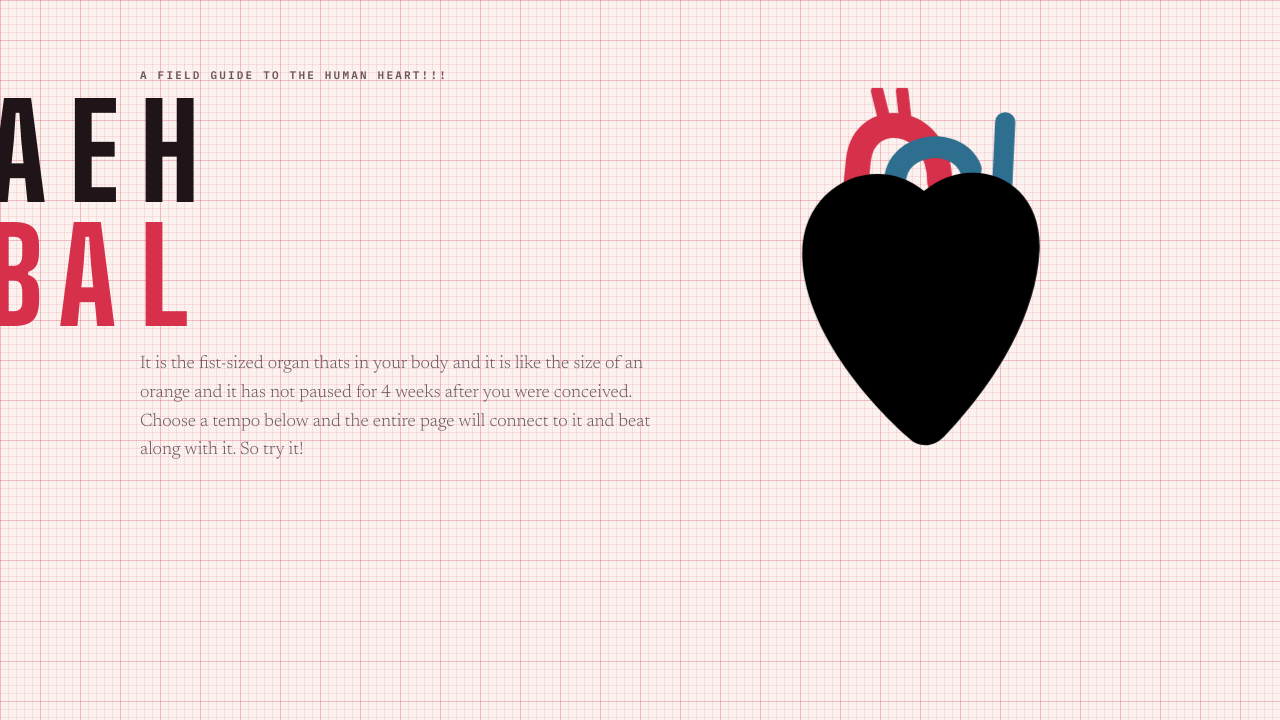
Repository: manayparikh1/PulseBeat
Page: index.html
An editor plug-in stored every save of this project. The page is shown before and after the next save, followed by the edit.
The browser window is 1280 px wide. The pictures show the whole page.

Above is the page before, as saved 2026-09-01 18:59:59.

### index.html
<!DOCTYPE html>
<html lang="en">

<head>
    <meta charset="utf-8">
    <meta name="viewport" content="width=device-width, initial-scale=1.0">
    <title>PulseBeat</title>
    <link rel="stylesheet"
        href="https://fonts.googleapis.com/css2?family=Big+Shoulders+Display:wght@700;800&family=IBM+Plex+Mono:wght@400;600&family=Newsreader:opsz,wght@6..72,300;6..72,400&display=swap">
    <style>
        /*=The heartbeat animation lab and no javascript is gonna be added because I am trash at that ===== */
        *,
        *::before,
        *::after {
            box-sizing: border-box;
        }

        body,
        h1,
        h2,
        h3,
        h4,
        p,
        figure {
            margin: 0
        }

        /* ---- light pallete this is the ecg animation paper---*/
        :root {
            --paper: #FBF1EE;
            --card: #FFFAF8;
            --ink: #1F1418;
            --dim: #6A555D;
            --line: #E3CDC7;
            --oxy: #D6304A;
            --deoxy: #2E6E8E;
            --good: #2F7A55;
            --grid: rgba(214, 48, 74, 0.1);
            --grid2: rgba(214, 48, 74, .2);
            --beat: .83s;
            --disp: "Big Shoulders Display", "Arial Narrow", sans-serif;
            --body: "Newsreader", Georgia, serif;
            --mono: "IBM Plex Mono", ui-monospace, Menlo, monospace;
        }

        /*--dark mode pallete*/
        @media (prefers-color-scheme:dark) {
            :root:not([data-theme="light"]) {
                --paper: #0C0A0E;
                --card: #171220;
                --ink: #F2E6E9;
                --dim: #AC9BA4;
                --line: #2D2431;
                --oxy: #FF5A6E;
                --deoxy: #62B6DC;
                --good: #5FCF9A;
                --grid: rgba(255, 90, 110, .06);
                --grid2: rgba(255, 90, 110, .13);
            }
        }

        :root[data-theme="dark"] {
            --paper: #0C0A0E;
            --card: #171220;
            --ink: #F2E6E9;
            --dim: #AC9BA4;
            --line: #2D2431;
            --oxy: #FF5A6E;
            --deoxy: #62B6DC;
            --good: #5FCF9A;
            --grid: rgba(255, 90, 110, .06);
            --grid2: rgba(255, 90, 110, .13);
        }

        body {
            background-color: var(--paper);
            background-image:
                repeating-linear-gradient(to right, var(--grid2) 0 1px, transparent 1px 40px),
                repeating-linear-gradient(to bottom, var(--grid2) 0 1px, transparent 1px 40px),
                repeating-linear-gradient(to right, var(--grid) 0 1px, transparent 1px 8px),
                repeating-linear-gradient(to bottom, var(--grid) 0 1px, transparent 1px 8px);
            color: var(--ink);
            font: 17px/1.6 var(--body);
            padding: 0 20px 60px;
        }

        h1,
        h2,
        h3 {
            font-family: var(--disp);
            font-weight: 800;
            line-height: .95;
            text-transform: uppercase;
            text-wrap: balance
        }

        .wrap {
            max-width: 1000px;
            margin: 0 auto
        }

        section {
            padding: 56px 0;
            border-top: 1px solid var(--line)
        }

        h2 {
            font-size: clamp(30px, 5vw, 50px)
        }

        .eyebrow {
            font: 600 11px/1 var(--mono);
            letter-spacing: .2em;
            text-transform: uppercase;
            color: var(--dim);
            ;
            margin-bottom: 10px
        }

        .lede {
            color: var(--dim);
            max-width: 60ch;
            margin-top: 12px;
            font-weight: 300;
            font-size: 18px
        }

        .card {
            background: var(--card);
            border: 1px solid var(--line);
            border-radius: 4px
        }

        /* hero */
        header {
            display: grid;
            grid-template-columns: 1.1fr.9fr;
            gap: 40px;
            align-items: center;
            padding: 70px 0 56px
        }

        h1 {
            font-size: clamp(56px, 11vw, 130px);
            letter-spacing: -1.0em
        }

        h1 span {
            color: var(--oxy);
            display: block
        }

        .heart {
            width: min(100%, 300px);
            margin: 0 auto;
            display: block;
            animation: thump var(--beat) infinite
        }

        @keyframes thump {

            0%,
            100% {
                transform: scale(1)
            }

            8% {
                transform: scale(1.08)
            }

            17% {
                transform: scale(1)
            }

            26% {
                transform: scale(1.04)
            }

            36% {
                transform: scale(1)
            }
        }

        /*rate switch so the four radios that basically retune the entire page */
        .sr {
            position: absolute;
            width: 1px;
            height: 1px;
            opacity: 0
        }

        .rates {
            display: flex;
            flex-wrap: wrap;
            gap: 8px;
            margin-top: 20px
        }

        .rates label {
            font: 600 11px/1 var(--mono);
            letter-spacing: .1em;
            text-transform: uppercase;
            padding: 11px 16px;
            border: 1px solid var(--line);
            border-padding: 11px 16px;
            border: 1px solid var(--line);
            border-radius: 999px;
            cursor: pointer;
            color: var(--dim)
        }

        .rates label:hover {
            border-color: var(--oxy);
            color: var(--ink)
        }

        .sr:focus-visible+label {
            outline: 2px solid var(--oxy);
            outline-offset: 2px
        }

        body:has(#r1:checked) {
            --beat: 1.25s
        }

        body:has(#r2:checked) {
            --beat: 0.83s
        }

        body:has(#r3:checked) {
            --beat: 0.45s
        }

        body:has(#r4:checked) {
            --beat: 0.34s
        }

        body:has(#r1:checked)[for=r1],
        body:has(#r2:checked)[for=r2],
        body:has(#r3:checked)[for=r3],
        body:has(#r4:checked)[for=r4] {
            background: var(--oxy);
            border-color: var(--oxy);
            color: #fff
        }

        .bpm {
            font-family: var(--disp);
            font-weight: 800;
            font-size: 56px;
            color: var(--oxy);
            line-height: 1
        }

        .bpm b {
            display: none
        }

        .bpm small {
            font: 500 13px/1 var(--mono);
            color: var(--dim);
            margin-left: 6px
        }

        body:has(#r1:checked) .b1,
        body:has(#r2:checked) .b2,
        body:has(#r3:checked) .b3,
        body:has(#r4:checked) .b4 {
            display: inline
        }

        /*ECG cycle*/
        .strip {
            overflow: hidden;
            padding: 0;
            margin-top: 22px
        }

        .strip svg {
            width: 100%;
            height: 150px;
            display: block
        }

        .strip g {
            animation: roll var(--beat) linear infinite
        }

        @keyframes roll {
            to {
                transform: translateX(-100px)
            }
        }

        /*DIAGRAM so 7 clickable parts and its driven by the radio*/
        .lab {
            display: grid;
            grid-template-columns: 1.45fr .85fr;
            gap: 24px;
            align-items: start;
            margin-top: 26px
        }

        .diagram {
            width: 100%;
            height: auto;
            padding: 12px
        }

        .parts {
            display: flex;
            flex-wrap: wrap;
            gap: 7px;
            margin-top: 18px
        }

        .parts label {
            font: 600 10.5px/1 var(--mono);
            letter-spacing: .1em;
            text-transform: uppercase;
            padding: 9px 13px;
            border: 1px solid var(--line);
            border-radius: 999px;
            cursor: pointer;
            color: var(--dim)
        }

        .parts label:hover {
            border-color: var(--oxy);
            color: var(--ink)
        }

        .info {
            display: none;
            padding: 22px
        }

        .info h3 {
            font-size: 29px;
            color: var(--oxy)
        }

        .info p {
            color: var(--dim);
            font-size: 16px;
            margin-top: 9px
        }

        .info em {
            display: block;
            font: 400 13px/1.5 var(--mono);
            font-style: normal;
            color: var(--ink);
            margin-top: 14px;
            padding-left: 12px;
            border-left: 3px solid var(--oxy)
        }

        /*SHOW the chosen card*/
        body:has(#ra:checked) .i-ra,
        body:has(#rv:checked) .i-rv,
        body:has(#la:checked) .i-la,
        body:has(#lv:checked) .i-lv,
        body:has(#lu:checked) .i-lu,
        body:has(#bo:checked) .i-bo,
        body:has(#va:checked) .i-va {
            display: block
        }

        body:has(#ra:checked) [for=ra],
        body:has(#rv:checked) [for=rv],
        body:has(#la:checked) [for=la],
        body:has(#lv:checked) [for=lv],
        body:has(#lu:checked) [for=lu],
        body:has(#bo:checked) [for=bo],
        body:has(#va:checked) [for=va] {
            background: var(--oxy);
            border-color: var(--oxy);
            color: #fff
        }

        body:has(#ra:checked) .s-ra,
        body:has(#rv:checked) .s-rv,
        body:has(#la:checked) .s-la,
        body:has(#lv:checked) .s-lv,
        body:has(#lu:checked) .s-lu,
        body:has(#bo:checked) .s-bo,
        body:has(#va:checked) .s-va {
            stroke: var(--ink);
            stroke-width: 7
        }

        .diagram text {
            font-family: var(--disp);
            font-weight: 700;
            fill: var(--ink)
        }

        tube {
            fill: none;
            stroke-dasharray: 13 27;
            animation: flow calc(var(--beat)*2.4) linear infinite
        }

        @keyframes flow {
            to {
                stroke-dashoffset: -40
            }
        }

        /*FACTS*/
        .facts {
            column: 3 250px;
            column-gap: 16px;
            margin-top: 26px
        }

        .fact {
            break-inside: avoid;
            margin-bottom: 16px;
            padding: 20px
        }

        .fact h4 {
            font-family: var(--disp);
            font-weight: 800;
            font-size: 25px;
            text-transform: uppercase;
            margin-bottom: 7px
        }

        .fact p {
            color: var(--dim);
            font-size: 15.5px
        }

        /*quiz reveal on answer no scoring that needs js which is pretty UGHH*/
        .q {
            padding: 24px;
            margin-top: 16px
        }

        .q p.ask {
            font-family: var(--disp);
            font-weight: 700;
            font-size: 25px;
            text-transform: uppercase;
            margin-bottom: 14px
        }

        .q label {
            display: block;
            padding: 13px 16px;
            border: 1px solid var(--line);
            border-radius: 3px;
            cursor: pointer;
            margin-bottom: 7px;
            font-size: 16px
        }

        .q label:hover {
            border-color: var(--oxy);
        }

        .qo:checked+label {
            border-color: var(--oxy);
            background: color-mix(in srgb, var(--oxy)13%, transparent)
        }

        .q:has(:checked) .ok+label {
            border-color: var(--good);
            background: color-mix(in srgb, var(--good)15%, transparent)
        }

        .q:has(:checked) .ok+label::after {
            content: " - correct" t;
            font: 600 11px var(--mono);
            color: var(--good)
        }

        .why {
            display: none;
            margin-top: 12px;
            font-size: 15.5px;
            color: var(--dim)
        }

        .q:has(:checked) .why {
            display: block
        }

        footer {
            padding-top: 40px;
            font: 400 13.5px/1.6 var(--mono);
            color: var(--dim);
            max-width: 60ch
        }

        @media (max-width:820px) {

            header,
            .lab {
                grid-template-columns: 1fr
            }

            .heart {
                width: min(58%, 190px)
            }

            .facts {
                columns: 1
            }
        }

        @media (prefers-reduced-motion:reduce) {
            * {
                animation: none !important
            }
        }
    </style>
    <div class="wrap">
        <!--==Hero==-->
        <header>
            <div>
                <p class="eyebrow">A field guide to the HUMAN HEART!!!</p>
                <h1>Heart<span>Lab</span></h1>
                <p class="lede">It is the fist-sized organ thats in your body and it is like the size of an orange and
                    it has not paused for 4 weeks after you were conceived. Choose a tempo below and the entire page
                    will connect to it and beat along with it. So try it!</p>
            </div>
            <svg class="heart" viewBox="0 0 200 230" role="img" aria-label="A beating heart">
                <g fill="none" stroke-linecap="round">
                    <path d="M110 60 C110 18 62 12 58 46 L56 66" stroke="var(--oxy)" stroke-width="16" />
                    <path d="M88 20 L86 2 M74 18 L70 2" stroke="var(--oxy)" stroke-width="8" />
                    <path d="M82 66 C76 36 120 28 130 52" stroke="var(--deoxy)" stroke-width="14" />
                    <path d="M150 64 L152 22" stroke="var(--deoxy)" stroke-width="13" />
                </g>
                <path
                    d="M100 66 C130 41 176 57 174 104 C172 144 148 186 114 222 C108 229 98 232 90 224 C53 191 22 146 22 106 C22 61 70 41 100 66 Z"
                    </svg>
        </header>





    </div>

After the next save:
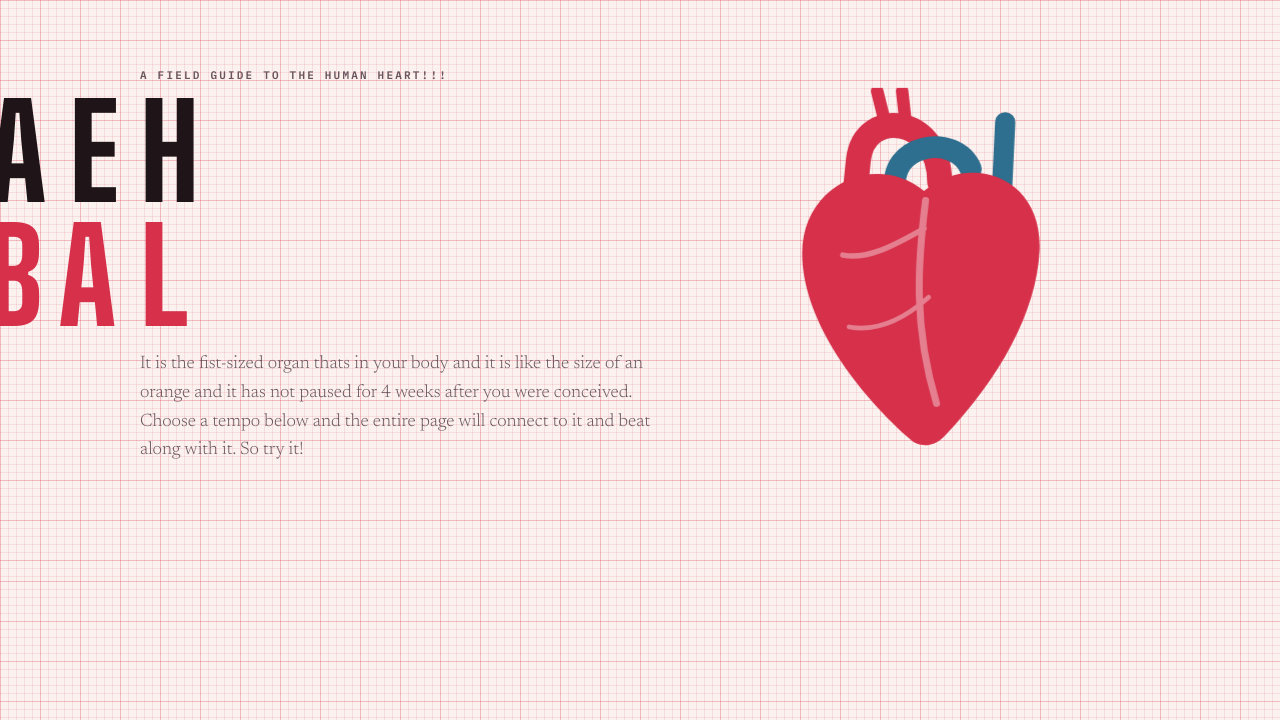
Saved 5 min 38 s later.
--- a/index.html
+++ b/index.html
@@ -537,7 +537,13 @@
                 </g>
                 <path
                     d="M100 66 C130 41 176 57 174 104 C172 144 148 186 114 222 C108 229 98 232 90 224 C53 191 22 146 22 106 C22 61 70 41 100 66 Z"
-                    </svg>
+                    fill="var(--oxy)" />
+                <g fill="none" stroke="#fff" stroke-linecap="round" opacity=".38">
+                    <path d="M101 72 C96 112 93 152 108 202" stroke-width="4.5" />
+                    <path d="M100 90 C79 102 63 110 48 107" stroke-width="3.5" />
+                    <path d="M103 134 C85 150 68 156 52 153" stroke-width="3" />
+                </g>
+            </svg>
         </header>
 
 
